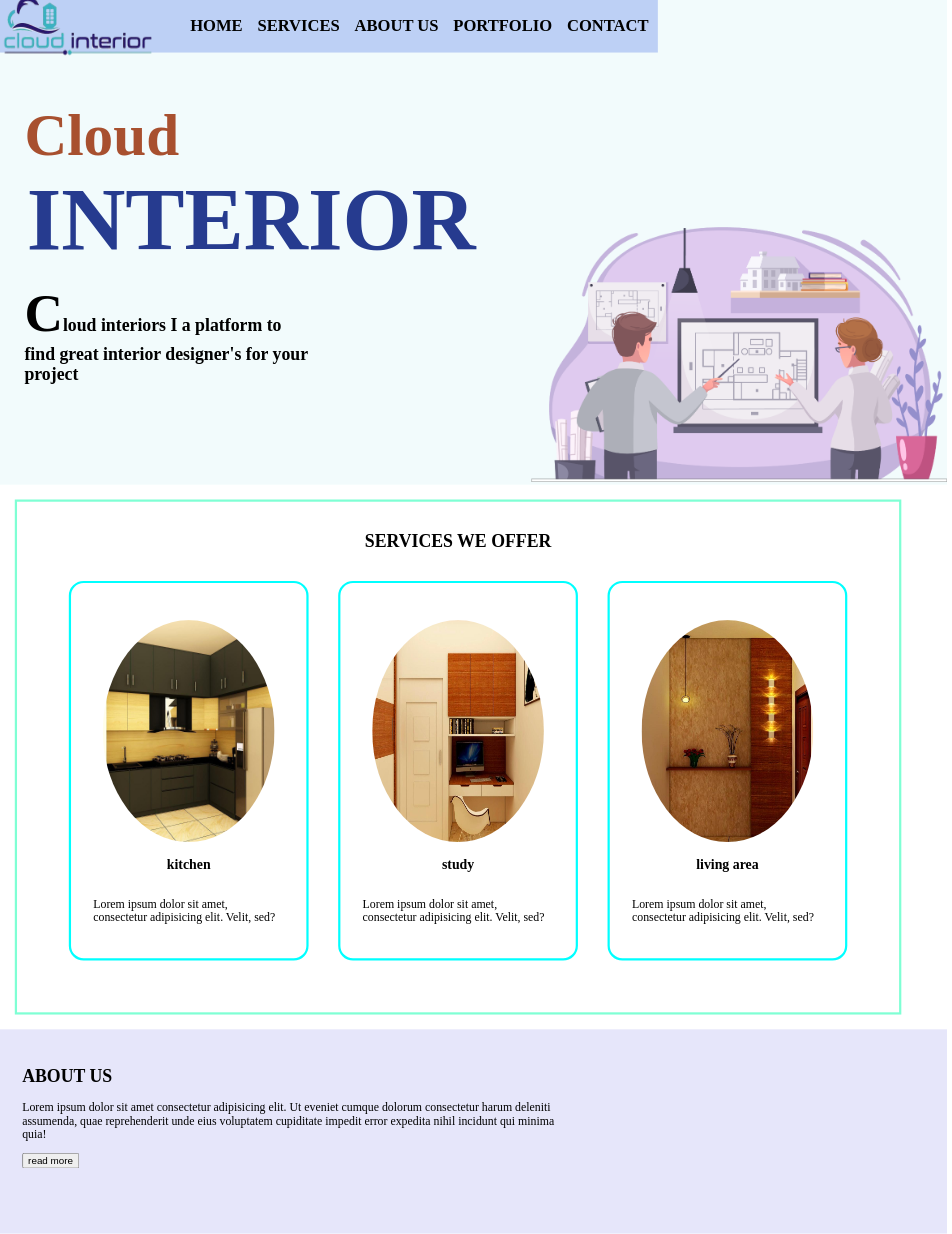
Repository: Ganavid/ganavidgowda.github.io
Page: cloud interior/‌index.html
The author's editor kept a copy of each file at every save. The page is drawn from the files as they stood at one save, then again after the next save.
The browser window is 1280 px wide. The page is 1280 px wide, then 1286 px, so the pictures cover 1286 px, including what lies to the right of the window. The pictures show the whole page, at 74% of full size.

Above is the page before, as saved 2023-03-04 01:30:03.

After the next save:
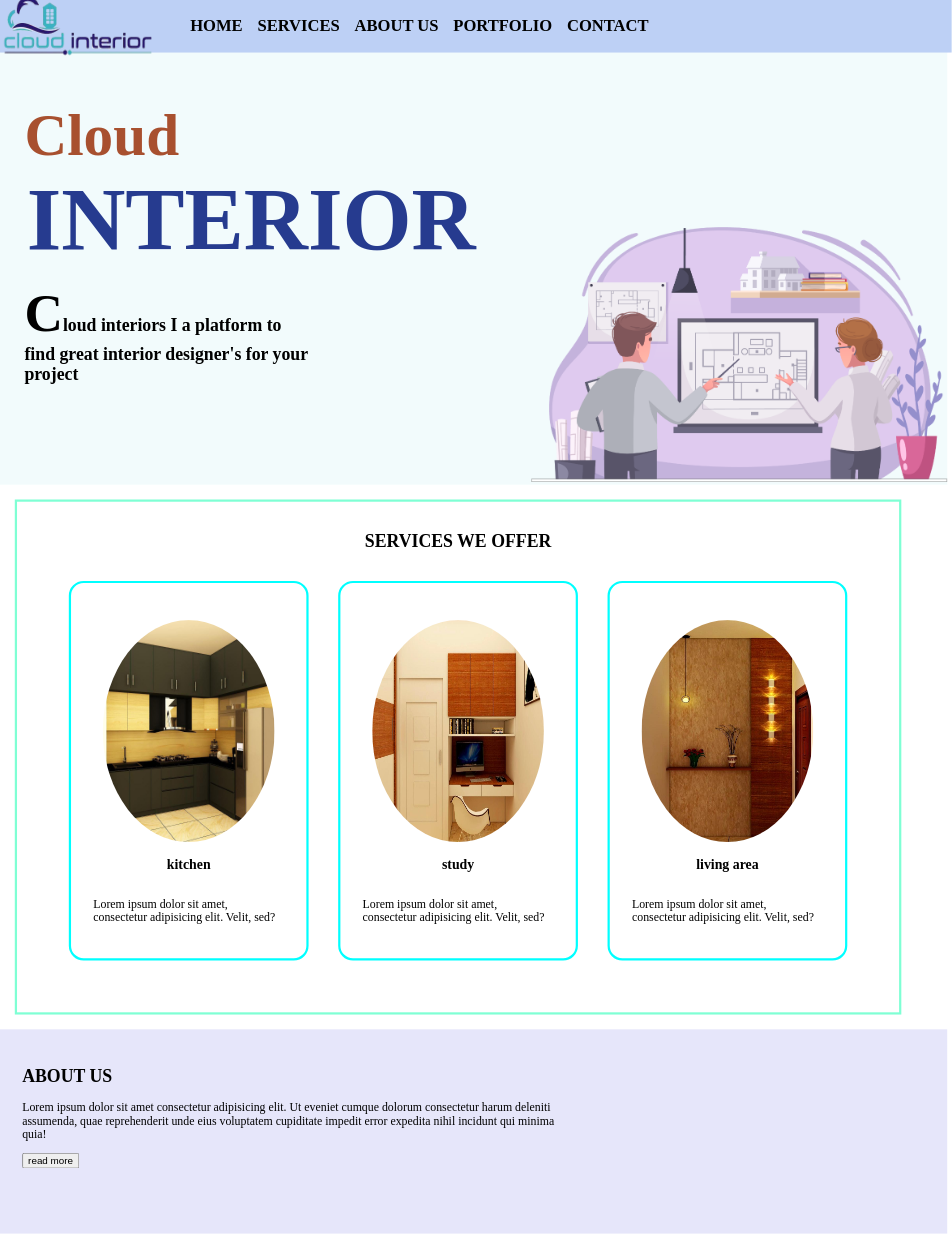
Saved 4 s later.
--- a/cloud interior/interial.css
+++ b/cloud interior/interial.css
@@ -12,7 +12,7 @@ nav{
     padding: 3px;
     align-items: center;
     height: 9vh;
-    position: absolute;width: 100;
+    position: absolute;width: 100vw;
 }
 
 #logocnt{
